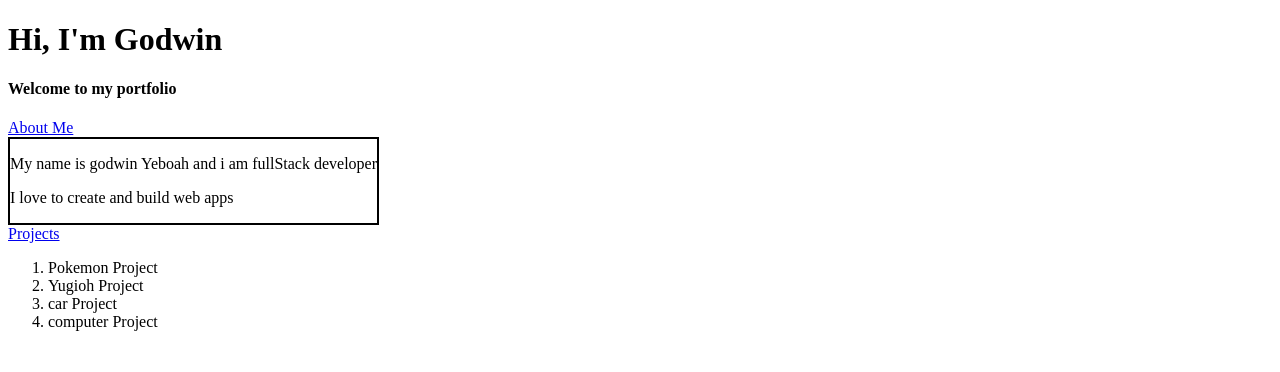
Repository: GodwinYeboah1/Java-Assignment-
Page: SpringIntro/springProjects/portfolio/src/main/resources/static/index.html
These files come from the project's save history. The page is drawn as it stood at one moment and after the next save; the edit follows.
The browser window is 1280 px wide. The pictures show the whole page.

Above is the page before, as saved 2018-03-09 20:42:38.

After the next save:
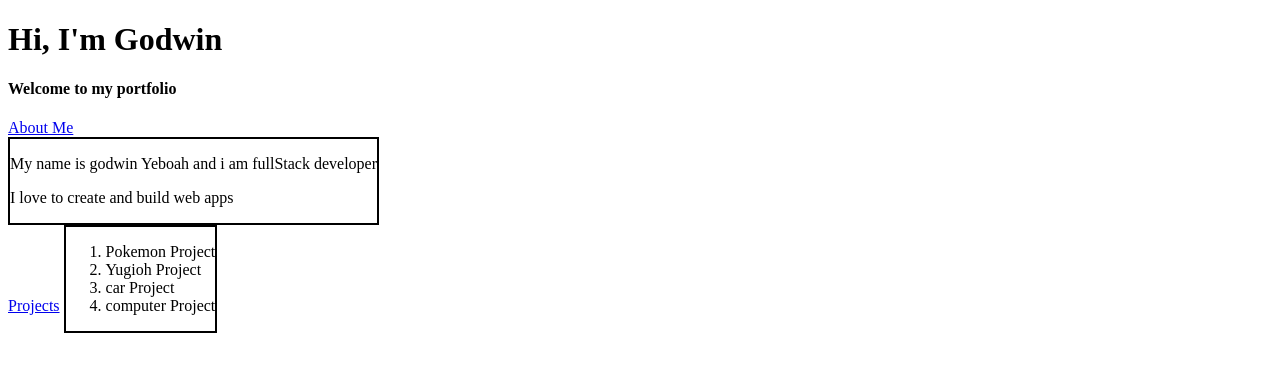
Saved 40 s later.
--- a/SpringIntro/springProjects/portfolio/src/main/resources/static/css/style.css
+++ b/SpringIntro/springProjects/portfolio/src/main/resources/static/css/style.css
@@ -5,3 +5,8 @@ body{
 	border: 2px solid black;
 	display: inline-block;
 }
+#projects{
+	border: 2px solid black;
+	display: inline-block;
+
+}
